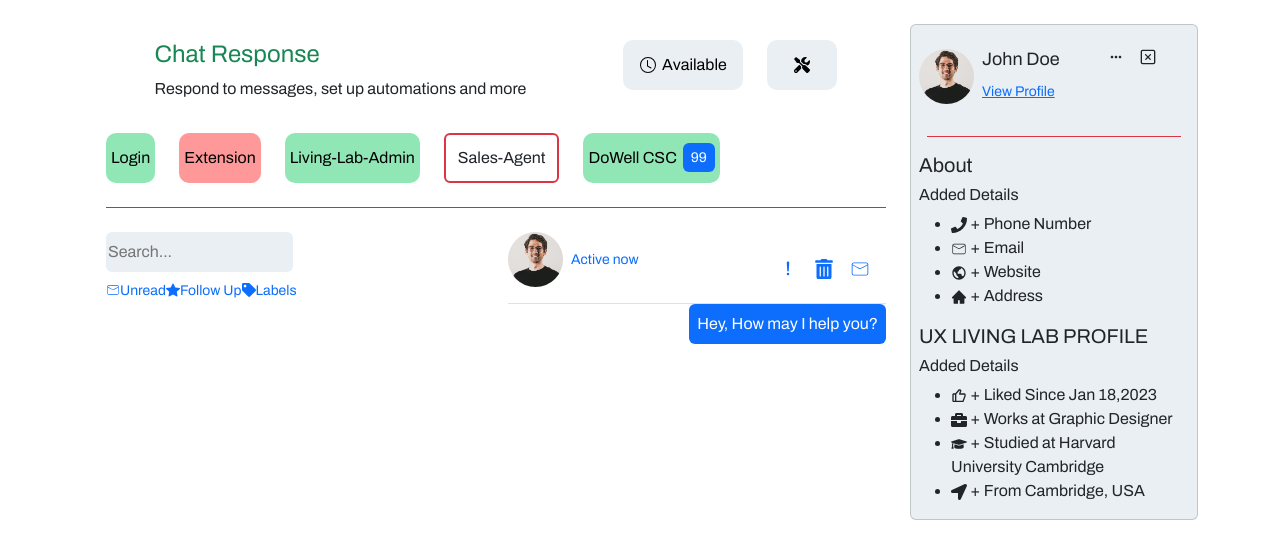
Repository: uh-sman/UX-Living-Lab-Chat
Page: /
An editor plug-in stored every save of this project. The page is shown before and after the next save, followed by the edit.
The browser window is 1280 px wide. The pictures show the whole page.
The project was rebuilt for these pictures with package versions that can differ from the ones it lists, and the page was loaded fresh each time.

Above is the page before, as saved 2023-05-10 18:04:16.

After the next save:
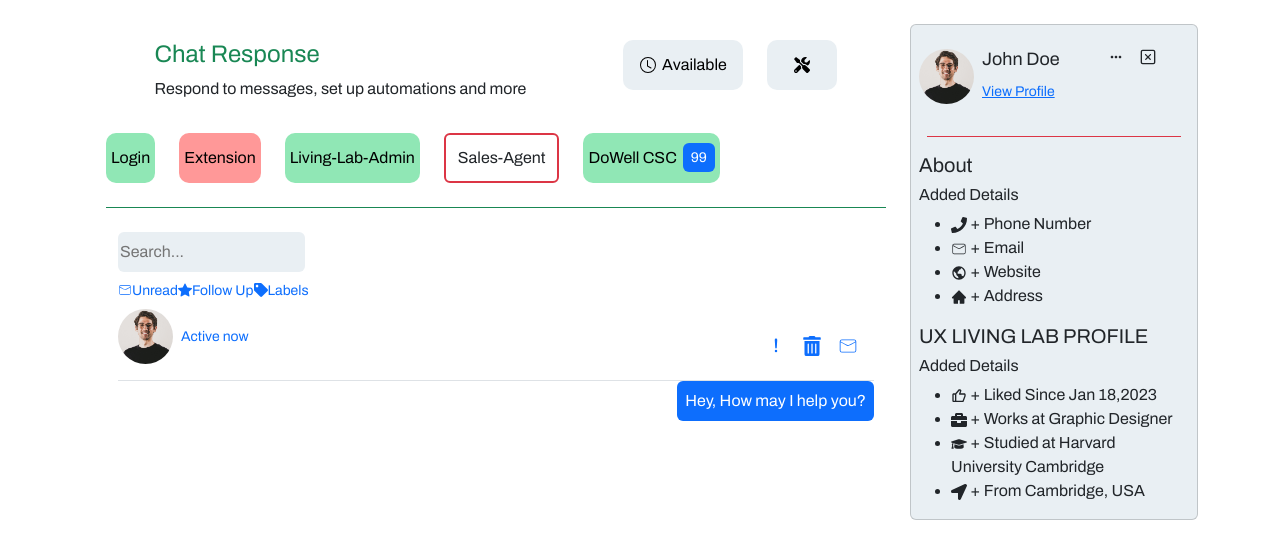
Saved 53 s later.
--- a/src/container/ChatSection.js
+++ b/src/container/ChatSection.js
@@ -8,7 +8,7 @@ const ChatSection = () => {
     <div className="container">
       <ChatHeader />
       {/* chats come here */}
-      <div className="d-flex my-2">
+      <div className="container">
         <SearchBar />
         <ProfileHead />
       </div>
